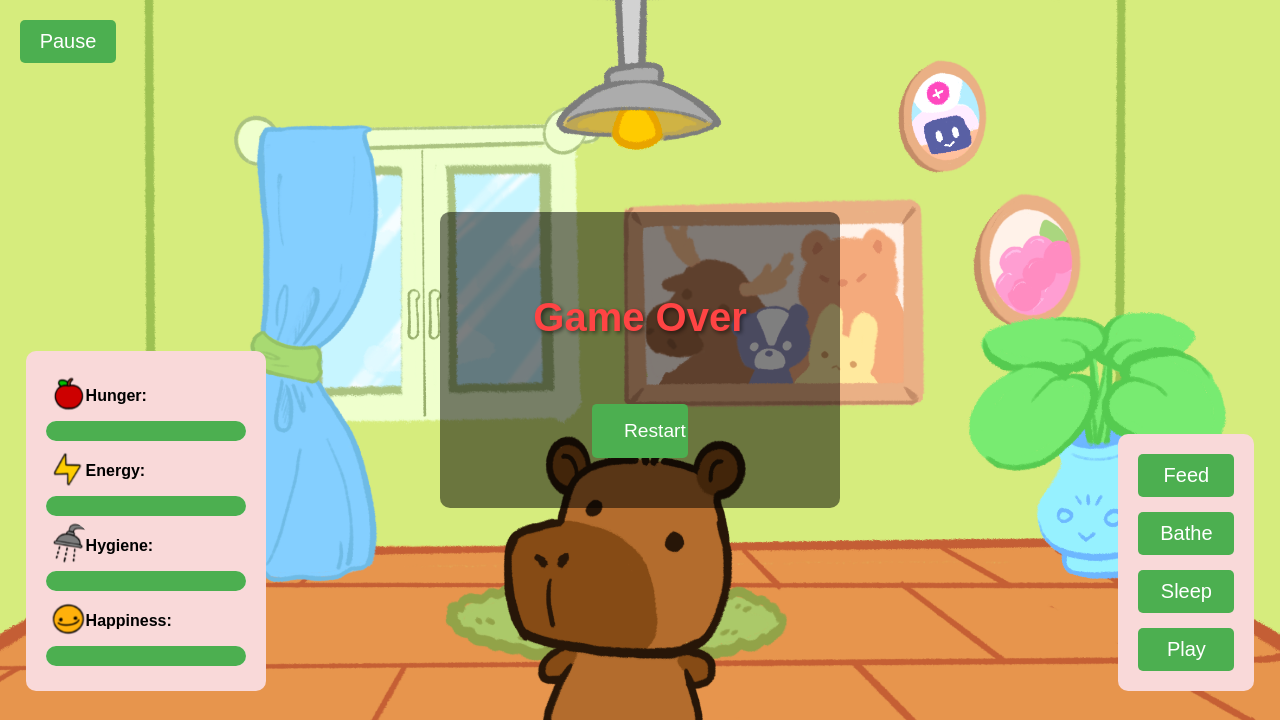
Repository: sarahjx/CapyCare
Page: html/index.html
These files come from the project's save history. The page is drawn as it stood at one moment and after a run of saves; the edit follows.
The browser window is 1280 px wide. The pictures show the whole page.
Some web fonts or font styles are not loaded; a fallback is used.

Above is the page before, as saved 2025-05-01 14:54:07.
Console error: TypeError: Cannot set properties of null (setting 'innerText')

### html/index.html
<!-- @format -->

<!DOCTYPE html>
<html lang="en">
  <head>
    <meta charset="UTF-8" />
    <meta name="viewport" content="width=device-width, initial-scale=1.0" />
    <title>Virtual Pet Game</title>
    <link rel="preconnect" href="https://fonts.googleapis.com">
    <link rel="preconnect" href="https://fonts.gstatic.com" crossorigin>
    <link href="https://fonts.googleapis.com/css2?family=McLaren&display=swap" rel="stylesheet">
    <link rel="stylesheet" href="../css/statusbar.css" />
  </head>
  <body>

    <div class="pet-container">
      <img class="pet-image" src="../images/capybara.png" alt="capybara" />
    </div>

    <div class="status-bar-container">

      <div class="status-bar">
        <div class="status-icon-container">
        <span class="hunger-icon"><img src="../images/hunger.svg" alt="hunger icon"></span>
        <span class="status-label">Hunger:</span>
        </div>
        <div class="status-progress">
          <div id="hunger-fill" class="status-fill"></div>
        </div>
        <div id="hunger-warning" class="warning"></div>
      </div>

      <div class="status-bar">
        <div class="status-icon-container">
        <span class="energy-icon"><img src="../images/energy.svg" alt="energy icon"></span>
        <span class="status-label">Energy:</span>
        </div>
        <div class="status-progress">
          <div id="energy-fill" class="status-fill"></div>
        </div>
        <div id="energy-warning" class="warning"></div>
      </div>

      <div class="status-bar">
        <div class="status-icon-container">
        <span class="hygiene-icon"><img src="../images/hygiene.svg" alt="hygiene icon"></span>
        <span class="status-label">Hygiene:</span>
        </div>
        <div class="status-progress">
          <div id="hygiene-fill" class="status-fill"></div>
        </div>
        <div id="hygiene-warning" class="warning"></div>
      </div>

      <div class="status-bar">
        <div class="status-icon-container">
        <span class="happiness-icon"><img src="../images/happiness.svg" alt="hygiene icon"></span>
        <span class="status-label">Happiness:</span>
        </div>
        <div class="status-progress">
          <div id="happiness-fill" class="status-fill"></div>
        </div>
        <div id="happiness-warning" class="warning"></div>
      </div>
    </div>

      <div class="action-buttons">
        <button onclick="feedPet(currentPet)">Feed</button>
        <button onclick="bathePet(currentPet)">Bathe</button>
        <button onclick="bedtime(currentPet)">Sleep</button>
        <button onclick="touchPet(currentPet)">Play</button>
      </div>
      <button id="pauseButton" onclick="togglePause()" class="pause-button">
        Pause
      </button>
    </div>

    <div id="gameOverScreen" class="game-over-screen">
      <div class="game-over-content">
        <h2>Game Over</h2>
        <p id="gameOverMessage"></p>
        <button class="restart-button" onclick="resetGame()">Restart</button>
      </div>
    </div>

    <script src="../backend/status.js"></script>
  </body>
</html>

### css/statusbar.css
/** @format */

:root {
  --primary-color: #f9d9d9;
  --secondary-color: #d9e7f9;
  --tertiary-color: #fff1fb;
  --accent-color: #f7efd7;
  --text-color: #333;
  --spacing-xs: 0.5rem;
  --spacing-sm: 0.75rem;
  --spacing-md: 1rem;
  --spacing-lg: 1.5rem;
  --spacing-xl: 2rem;
  --spacing-xxl: 3rem;
  --font-family: "McLaren", sans-serif;
  --font-size-xs: 0.75rem;
  --font-size-sm: 0.875rem;
  --font-size-md: 1rem;
  --font-size-lg: 1.125rem;
  --font-size-xl: 1.25rem;
  --font-size-xxl: 1.5rem;
}

body {
  font-family: var(--font-family);
  margin: 0 auto;
  padding: 20px;
  background-image: url("../images/room.png");
  background-size: cover;
  background-repeat: no-repeat;
  background-attachment: fixed;
  background-position: center;
}

.pet-container {
  display: flex;
  flex-direction: column;
  align-items: center;
  justify-content: center;
}

.pet-image {
  transform: scale(0.3);
  position: fixed;
  margin-top: 1200px;
}

.status-bar-container {
  position: fixed;
  background-color: var(--primary-color);
  padding: 20px;
  border-radius: 10px;
  display: inline-flex;
  flex-direction: column;
  bottom: 4%;
  left: 2%;
}

.status-icon-container {
  display: flex;
  align-items: center;
  margin-bottom: 0;
}

.hunger-icon,
.energy-icon,
.happiness-icon,
.hygiene-icon {
  width: 10px;
  height: auto;
  margin-right: 30px;
}

.status-bar {
  margin: 0;
}

.status-label {
  display: inline-block;
  width: 100px;
  font-weight: bold;
  margin: 0;
}

.status-progress {
  width: 200px;
  height: 20px;
  background-color: #ffffff;
  border-radius: 10px;
  overflow: hidden;
  position: relative;
}

.status-fill {
  height: 100%;
  width: 100%;
  position: absolute;
  left: 0;
  top: 0;
  background-color: #4caf50;
  transition: width 0.3s ease;
}

.status-row {
  display: flex;
  align-items: center;
  gap: 10px;
  margin-bottom: 10px;
}

.status-icon {
  width: 24px;
  height: 24px;
}

.status-value {
  min-width: 50px;
  text-align: right;
  font-weight: bold;
  color: #333;
}

.action-buttons {
  margin-top: 20px;
  display: inline-flex;
  flex-direction: column;
  padding: 20px;
  border-radius: 10px;
  gap: 15px;
  background-color: var(--primary-color);
  position: fixed;
  right: 2%;
  bottom: 4%;
}

button {
  padding: 10px;
  border: none;
  border-radius: 5px;
  background-color: #4caf50;
  color: white;
  cursor: pointer;
  transition: background-color 0.3s;
  width: 6rem;
  font-family: var(--font-family);
  font-weight: 7pt;
  font-size: var(--font-size-xl);
}

.restart-button {
  padding-right: 10px;
}

button:hover {
  background-color: #45a049;
}

.warning {
  color: #ff9800;
  font-weight: bold;
  margin-top: 5px;
}

.critical {
  color: #f44336;
  font-weight: bold;
  margin-top: 5px;
}

.hidden {
  display: none;
}

.game-over-overlay {
  position: fixed;
  top: 0;
  left: 0;
  right: 0;
  bottom: 0;
  width: 100vw;
  height: 100vh;
  background-color: rgba(0, 0, 0, 0.2);
  display: none;
  z-index: 1000;
  margin: 0;
  padding: 0;
}

.game-over-content {
  position: fixed;
  display: flex;
  flex-direction: column;
  justify-content: center;
  align-items: center;
  left: 50%;
  top: 50%;
  transform: translate(-50%, -50%);
  padding: 50px;
  background-color: rgba(0, 0, 0, 0.5);
  color: white;
  border-radius: 10px;
  z-index: 1001;
  min-width: 300px;
}

.game-over-content h2 {
  color: #ff4444;
  font-size: 2.5rem;
  text-align: center;
  margin-bottom: 2rem;
  text-shadow: 2px 2px 4px rgba(0, 0, 0, 0.5);
}

.game-over-content button {
  padding: 1rem 2rem;
  font-size: 1.2rem;
  background-color: #4caf50;
  color: white;
  border: none;
  border-radius: 5px;
  cursor: pointer;
  transition: background-color 0.3s;
}

.game-over-content button:hover {
  background-color: #45a049;
}

### backend/status.js
/** @format */

function Personality(favFood, active, clean, clingy, foodLover, introText) {
  this.favFood = favFood;
  this.active = active;
  this.clean = clean;
  this.clingy = clingy;
  this.foodLover = foodLover;
  this.intro = introText;
}

const mix1 = new Personality(
  "Sunfruit",
  true,
  true,
  true,
  true,
  "This pet is energetic and playful, always ready to explore or play. They love the taste of Sunfruit and will happily eat it when offered, but they'll need constant attention, so expect lots of petting and cuddling. Despite their active nature, they stay clean and are easy to bathe. This pet loves affection and will return it in kind!"
);
const mix2 = new Personality(
  "Snakberry",
  true,
  true,
  false,
  true,
  "This pet is full of energy and loves to make the most of their days. They are particularly fond of Snakberries, which they will devour happily, but they tend to get hungry more often due to their high energy levels. Despite their active nature, they keep themselves clean and are easy to bathe. They're not overly clingy, so while they'll happily spend time with you, they won't be demanding affection constantly."
);
const mix3 = new Personality(
  "Dreamleaf",
  false,
  false,
  true,
  false,
  "This pet is laid-back and enjoys spending time with you, always seeking your company. They love Dreamleaf as a treat, but they're not particularly food-driven and don't get hungry as often. While they may get a little dirty from time to time, they tend to move around when you try to bathe them. Expect them to seek out your attention frequently, and be ready to shower them with love when they come to you for pets."
);

const personalities = [mix1, mix2, mix3];

// Global variables
let currentPet = null;
let hunger = 100;
let energy = 100;
let hygiene = 100;
let happiness = 100;
let isGameOver = false;
let isPaused = false;

// Store interval IDs globally
let hungerInterval = null;
let energyInterval = null;
let hygieneInterval = null;
let happinessInterval = null;

// Initialize the game
function initializeGame() {
  currentPet = getRandomPersonality();
  hunger = 100;
  energy = 100;
  hygiene = 100;
  happiness = 100;
  updateStatusBars();
  updateIntervals();
}

function getRandomPersonality() {
  const randomIndex = Math.floor(Math.random() * personalities.length);
  currentPet = personalities[randomIndex];
  console.log("New pet initialized:", currentPet.intro);
  return currentPet;
}

// Personality-based status decrease functions
function decreaseHunger() {
  if (!currentPet || isGameOver) return;
  const decreaseAmount = currentPet.foodLover ? 15 : 10;
  hunger = Math.max(0, hunger - decreaseAmount);
  updateStatusBars();
  if (hunger === 0 && checkGameOver()) return;
}

function decreaseEnergy() {
  if (!currentPet || isGameOver) return;
  const decreaseAmount = currentPet.active ? 15 : 10;
  energy = Math.max(0, energy - decreaseAmount);
  updateStatusBars();
  if (energy === 0 && checkGameOver()) return;
}

function decreaseHygiene() {
  if (!currentPet || isGameOver) return;
  const decreaseAmount = currentPet.clean ? 8 : 12;
  hygiene = Math.max(0, hygiene - decreaseAmount);
  updateStatusBars();
  if (hygiene === 0 && checkGameOver()) return;
}

function decreaseHappiness() {
  if (!currentPet || isGameOver) return;
  const decreaseAmount = currentPet.clingy ? 15 : 10;
  happiness = Math.max(0, happiness - decreaseAmount);
  updateStatusBars();
  if (happiness === 0 && checkGameOver()) return;
}

// Update intervals with personality-based timing
function updateIntervals() {
  // Clear any existing intervals
  if (hungerInterval) clearInterval(hungerInterval);
  if (energyInterval) clearInterval(energyInterval);
  if (hygieneInterval) clearInterval(hygieneInterval);
  if (happinessInterval) clearInterval(happinessInterval);

  // Set new intervals based on personality
  hungerInterval = setInterval(
    () => {
      decreaseHunger();
      warning();
    },
    currentPet.foodLover ? 6000 : 8000
  );

  energyInterval = setInterval(
    () => {
      decreaseEnergy();
      warning();
    },
    currentPet.active ? 8000 : 12000
  );

  hygieneInterval = setInterval(
    () => {
      decreaseHygiene();
      warning();
    },
    currentPet.clean ? 18000 : 15000
  );

  happinessInterval = setInterval(
    () => {
      decreaseHappiness();
      warning();
    },
    currentPet.clingy ? 8000 : 10000
  );

  console.log("Intervals updated for pet:", currentPet.intro);
}

// Pause game function
function pauseGame() {
  if (hungerInterval) clearInterval(hungerInterval);
  if (energyInterval) clearInterval(energyInterval);
  if (hygieneInterval) clearInterval(hygieneInterval);
  if (happinessInterval) clearInterval(happinessInterval);
  console.log("Game paused");
}

// Resume game function
function resumeGame() {
  updateIntervals();
  console.log("Game resumed");
}

function touchPet(personality) {
  if (personality.clingy) {
    gainStatus("happiness");
    console.log("Your pet loves the attention!");
  } else {
    loseStatus("happiness");
    console.log("Your pet prefers their space.");
  }
}

function feedPet(personality) {
  gainStatus("hunger"); // Always increase hunger
  if (personality.foodLover) {
    gainStatus("happiness");
    console.log("Your pet loves the food!");
  } else {
    loseStatus("happiness");
    console.log("Your pet isn't very interested in food.");
  }
}

function bathePet(personality) {
  gainStatus("hygiene"); // Always increase hygiene
  if (personality.clean) {
    gainStatus("happiness");
    console.log("Your pet enjoys being clean!");
  } else {
    loseStatus("happiness");
    console.log("Your pet doesn't like baths.");
  }
}

function bedtime(personality) {
  const petImage = document.querySelector(".pet-image");
  if (petImage) {
    // Store the current image to return to
    const currentImage = petImage.src;

    // Show sleeping animation
    petImage.src = "../images/Sleep.PNG";

    // After 3 seconds, restore the previous state
    setTimeout(() => {
      updatePetImage();
    }, 3000);
  }

  gainStatus("energy"); // Always increase energy
  if (personality.active) {
    loseStatus("happiness");
    console.log("Your pet is too energetic to sleep!");
  } else {
    gainStatus("happiness");
    console.log("Your pet enjoys resting.");
  }
}

function gainStatus(category) {
  switch (category) {
    case "hunger":
      if (hunger >= 100) {
        console.log("Hunger is full!");
      } else if (hunger < 100) {
        hunger += 10;
        console.log("Hunger: " + hunger);
      }
      break;
    case "energy":
      if (energy >= 100) {
        console.log("Energy is full!");
      } else if (energy < 100) {
        energy += 10;
        console.log("Energy: " + energy);
      }
      break;
    case "hygiene":
      if (hygiene >= 100) {
        console.log("Hygiene is full!");
      } else if (hygiene < 100) {
        hygiene += 10;
        console.log("Hygiene: " + hygiene);
      }
      break;
    case "happiness":
      if (happiness >= 100) {
        console.log("Happiness is full!");
      } else if (happiness < 100) {
        happiness += 10;
        console.log("Happiness: " + happiness);
      }
      break;
    default:
      console.log("Invalid category");
  }
}

function loseStatus(category) {
  switch (category) {
    case "hunger":
      if (hunger <= 0) {
        console.log("Hunger is empty!");
        hunger = 0;
      } else if (hunger > 0) {
        hunger -= 10;
        console.log("Hunger: " + hunger);
      }
      break;
    case "energy":
      if (energy <= 0) {
        console.log("Energy is empty!");
        energy = 0;
      } else if (energy > 0) {
        energy -= 10;
        console.log("Energy: " + energy);
      }
      break;
    case "hygiene":
      if (hygiene <= 0) {
        console.log("Hygiene is empty!");
        hygiene = 0;
      } else if (hygiene > 0) {
        hygiene -= 10;
        console.log("Hygiene: " + hygiene);
      }
      break;
    case "happiness":
      if (happiness <= 0) {
        console.log("Happiness is empty!");
        happiness = 0;
      } else if (happiness > 0) {
        happiness -= 3;
        console.log("Happiness: " + happiness);
      }
      break;
    default:
      console.log("Invalid category");
  }
}

function warning() {
  // Hunger warnings
  if (hunger <= 50 && hunger > 20) {
    document.getElementById("hunger-warning").textContent =
      "Your pet is getting hungry!";
    document.getElementById("hunger-warning").className = "warning";
  } else if (hunger <= 20 && hunger > 0) {
    document.getElementById("hunger-warning").textContent =
      "Your pet is starving!";
    document.getElementById("hunger-warning").className = "critical";
  } else {
    document.getElementById("hunger-warning").textContent = "";
  }

  // Energy warnings
  if (energy <= 50 && energy > 20) {
    document.getElementById("energy-warning").textContent =
      "Your pet is getting tired!";
    document.getElementById("energy-warning").className = "warning";
  } else if (energy <= 20 && energy > 0) {
    document.getElementById("energy-warning").textContent =
      "Your pet is exhausted!";
    document.getElementById("energy-warning").className = "critical";
  } else {
    document.getElementById("energy-warning").textContent = "";
  }

  // Hygiene warnings
  if (hygiene <= 50 && hygiene > 20) {
    document.getElementById("hygiene-warning").textContent =
      "Your pet needs a bath!";
    document.getElementById("hygiene-warning").className = "warning";
  } else if (hygiene <= 20 && hygiene > 0) {
    document.getElementById("hygiene-warning").textContent =
      "Your pet is filthy!";
    document.getElementById("hygiene-warning").className = "critical";
  } else {
    document.getElementById("hygiene-warning").textContent = "";
  }

  // Happiness warnings
  if (happiness <= 50 && happiness > 20) {
    document.getElementById("happiness-warning").textContent =
      "Your pet is getting sad!";
    document.getElementById("happiness-warning").className = "warning";
  } else if (happiness <= 20 && happiness > 0) {
    document.getElementById("happiness-warning").textContent =
      "Your pet is depressed!";
    document.getElementById("happiness-warning").className = "critical";
  } else {
    document.getElementById("happiness-warning").textContent = "";
  }
}

function checkGameOver() {
  if (hunger <= 0 || energy <= 0 || hygiene <= 0 || happiness <= 0) {
    isGameOver = true;
    pauseGame();
    showGameOver();
    return true;
  }
  return false;
}

function showGameOver() {
  let reason = "";
  if (hunger <= 0) reason = "Your pet starved to death!";
  else if (energy <= 0) reason = "Your pet died from exhaustion!";
  else if (hygiene <= 0) reason = "Your pet died from poor hygiene!";
  else if (happiness <= 0) reason = "Your pet died from sadness!";

  console.log("GAME OVER: " + reason);
  document.getElementById("gameOverMessage").textContent = reason;
  document.getElementById("gameOverOverlay").style.display = "block";
  document.getElementById("gameOverContent").style.display = "flex";
}

function resetGame() {
  isGameOver = false;
  hunger = 100;
  energy = 100;
  hygiene = 100;
  happiness = 100;
  document.getElementById("gameOverOverlay").style.display = "none";
  document.getElementById("gameOverContent").style.display = "none";
  currentPet = getRandomPersonality();
  updateStatusBars();
  updateIntervals();
}

function togglePause() {
  isPaused = !isPaused;
  const pauseButton = document.getElementById("pauseButton");
  const buttons = document.querySelectorAll(
    ".buttons button:not(#pauseButton)"
  );

  if (isPaused) {
    pauseButton.textContent = "Resume";
    pauseButton.classList.add("paused");
    buttons.forEach((button) => (button.disabled = true));
    pauseGame();
  } else {
    pauseButton.textContent = "Pause";
    pauseButton.classList.remove("paused");
    buttons.forEach((button) => (button.disabled = false));
    resumeGame();
  }
}

// Update status bars
function updateStatusBars() {
  // Update the width of each status bar
  document.getElementById("hunger-fill").style.width = hunger + "%";
  document.getElementById("energy-fill").style.width = energy + "%";
  document.getElementById("happiness-fill").style.width = happiness + "%";
  document.getElementById("hygiene-fill").style.width = hygiene + "%";

  // Update pet image based on status
  updatePetImage();
}

// Override console.log to update UI
const originalConsoleLog = console.log;
console.log = function () {
  originalConsoleLog.apply(console, arguments);
  updateStatusBars();
};

// Simple toggle function
function toggleActions() {
  document.getElementById("action-buttons-column").classList.toggle("hidden");
  document.getElementById("toggle-button").classList.toggle("hidden");
}

// Initialize the game when the page loads
window.addEventListener("load", function () {
  initializeGame();
  // Update status bars every second
  setInterval(updateStatusBars, 1000);
});

// stopwatch

let [hours, minutes, seconds] = [0, 0, 0];
let timer = null;

function updateDisplay() {
  document.getElementById("display").innerText =
    `${String(hours).padStart(2, "0")}:` +
    `${String(minutes).padStart(2, "0")}:` +
    `${String(seconds).padStart(2, "0")}`;
}

function stopwatch() {
  seconds++;
  if (seconds === 60) {
    seconds = 0;
    minutes++;
    if (minutes === 60) {
      minutes = 0;
      hours++;
    }
  }
  updateDisplay();
}

function start() {
  if (timer !== null) return;
  timer = setInterval(stopwatch, 1000);
}

function stop() {
  clearInterval(timer);
  timer = null;
}

function reset() {
  stop();
  [hours, minutes, seconds] = [0, 0, 0];
  updateDisplay();
}

updateDisplay();

function updatePetImage() {
  const petImage = document.querySelector(".pet-image");
  if (!petImage) return;

  // Check if any status is 0 (dead)
  if (hunger <= 0 || energy <= 0 || hygiene <= 0 || happiness <= 0) {
    petImage.src = "../images/Fuckingdead.PNG";
    return;
  }

  // Check for multiple states
  if (hunger <= 60 && hygiene <= 60 && energy <= 60) {
    petImage.src = "../images/Dirty:Hungry:Tired.PNG";
  } else if (hunger <= 60 && hygiene <= 60) {
    petImage.src = "../images/Dirty:hungry.PNG";
  } else if (hunger <= 60 && energy <= 60) {
    petImage.src = "../images/Hungry:Tired.PNG";
  } else if (hygiene <= 60 && energy <= 60) {
    petImage.src = "../images/Dirty:Tired.PNG";
  } else if (energy <= 60) {
    petImage.src = "../images/Sleepy.PNG";
  } else if (hunger <= 60) {
    petImage.src = "../images/Hungry.PNG";
  } else if (hygiene <= 60) {
    petImage.src = "../images/Dirty.PNG";
  } else {
    petImage.src = "../images/Idle.PNG";
  }
}

After the next 3 saves:
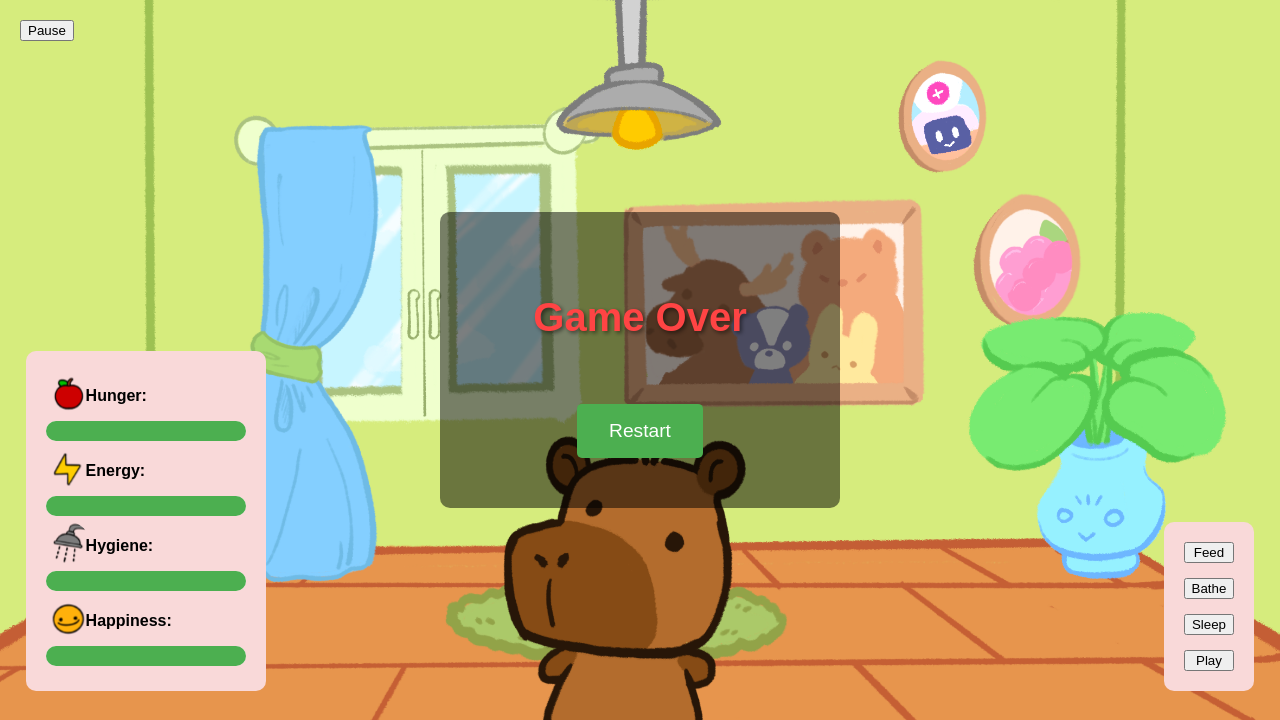
The 3 saves are shown as one change because they came seconds apart.
The last was saved 24 s later.
--- a/css/statusbar.css
+++ b/css/statusbar.css
@@ -134,17 +134,7 @@ body {
 }
 
 button {
-  padding: 10px;
-  border: none;
-  border-radius: 5px;
-  background-color: #4caf50;
-  color: white;
-  cursor: pointer;
-  transition: background-color 0.3s;
-  width: 6rem;
-  font-family: var(--font-family);
-  font-weight: 7pt;
-  font-size: var(--font-size-xl);
+ç
 }
 
 .restart-button {
